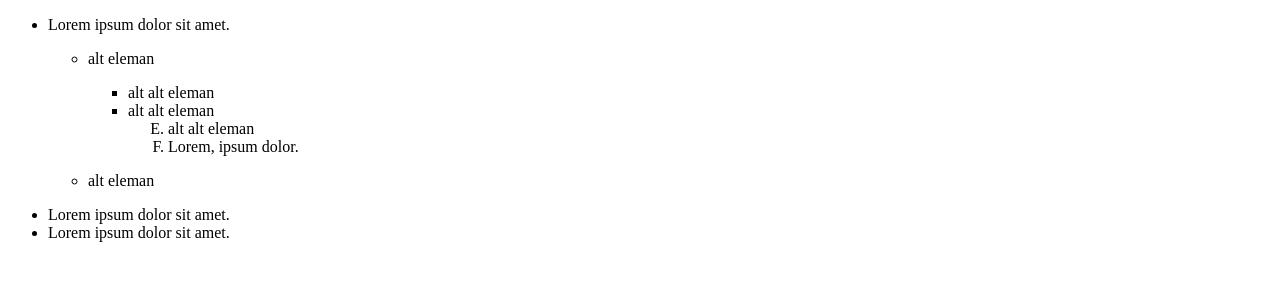
Repository: sammkrt/git101
Page: html-css-TrainingMyself/index.html
An editor plug-in stored every save of this project. The page is shown before and after the next save, followed by the edit.
The browser window is 1280 px wide. The pictures show the whole page.

Above is the page before, as saved 2022-12-22 11:19:04.

### html-css-TrainingMyself/index.html
<!DOCTYPE html>
<html lang="en">
<head>
    <meta charset="UTF-8">
    <meta http-equiv="X-UA-Compatible" content="IE=edge">
    <meta name="viewport" content="width=device-width, initial-scale=1.0">
    <title>Document</title>
</head>
<body>
    <ul start="3">
        <li>Lorem ipsum dolor sit amet.</li>
        <ul>
            <p><li>alt eleman</li></p>
            <ul>
                <li>alt alt eleman</li>
                <li>alt alt eleman</li>
                <ol start="5" type="A">
                    <li>alt alt eleman</li>
                    <li>Lorem, ipsum dolor.</li>
                </ol>
            </ul>
            <p><li>alt eleman</li></p>
        </ul>
        <li>Lorem ipsum dolor sit amet.</li>
        <li>Lorem ipsum dolor sit amet.</li>
    </ul>
</body>
</html>

After the next save:
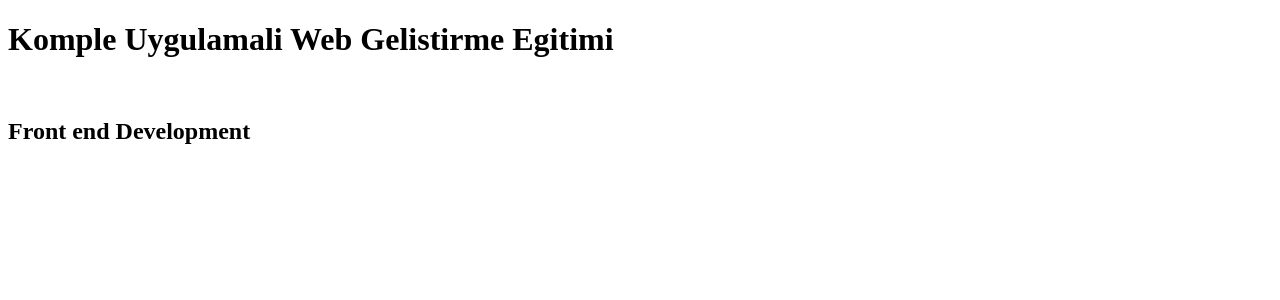
Saved 3 min 22 s later.
--- a/html-css-TrainingMyself/index.html
+++ b/html-css-TrainingMyself/index.html
@@ -7,22 +7,11 @@
     <title>Document</title>
 </head>
 <body>
-    <ul start="3">
-        <li>Lorem ipsum dolor sit amet.</li>
-        <ul>
-            <p><li>alt eleman</li></p>
-            <ul>
-                <li>alt alt eleman</li>
-                <li>alt alt eleman</li>
-                <ol start="5" type="A">
-                    <li>alt alt eleman</li>
-                    <li>Lorem, ipsum dolor.</li>
-                </ol>
-            </ul>
-            <p><li>alt eleman</li></p>
-        </ul>
-        <li>Lorem ipsum dolor sit amet.</li>
-        <li>Lorem ipsum dolor sit amet.</li>
-    </ul>
+<h1>Komple Uygulamali Web Gelistirme Egitimi</h1><br>
+<h2>Front end Development</h2>
+
+
+
+
 </body>
 </html>
